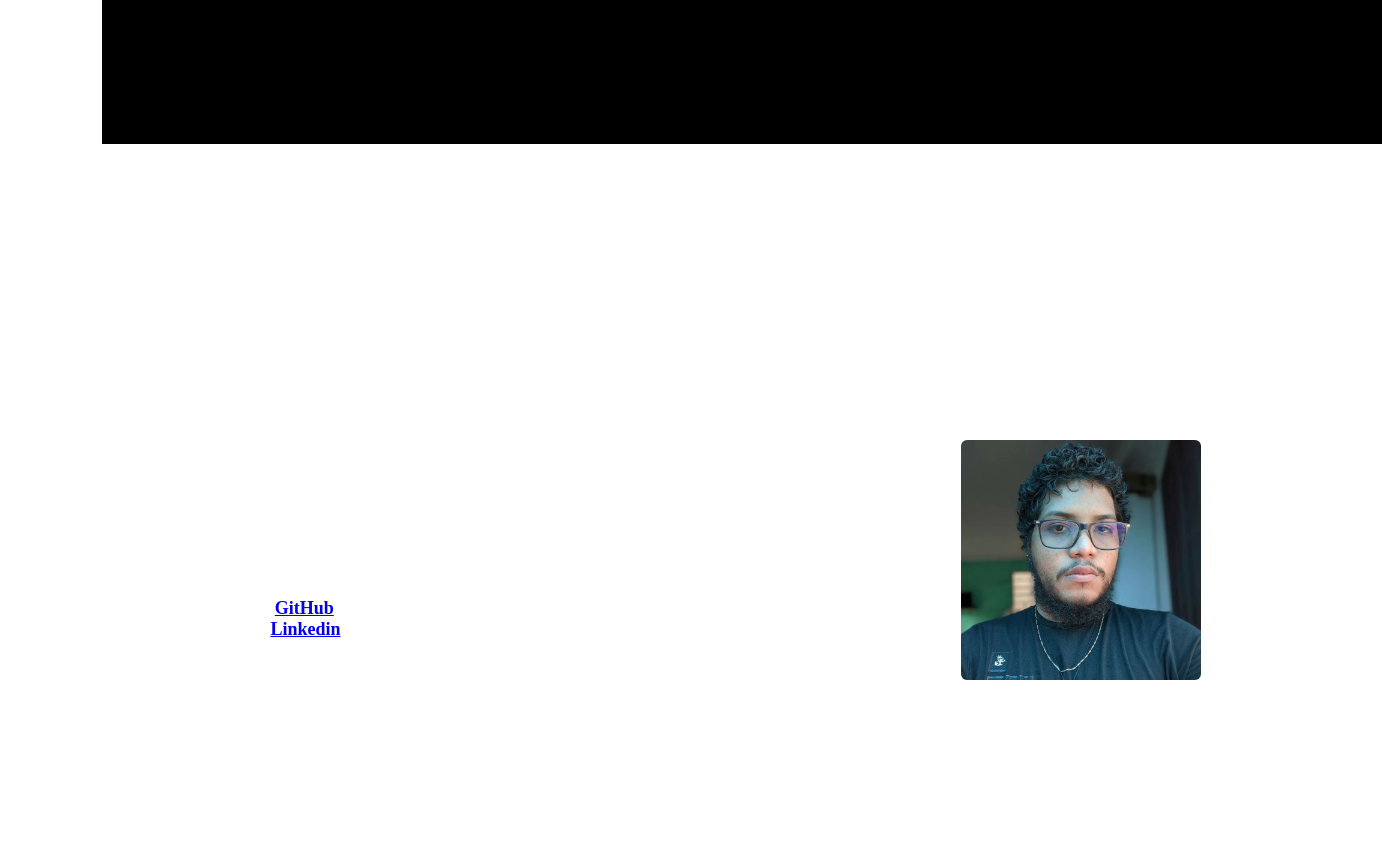
Repository: ramoncbarbosa/Web1_Atividade2
Page: index.html
These files come from the project's save history. The page is drawn as it stood at one moment and after a run of saves; the edit follows.
The browser window is 1280 px wide. The page is 1382 px wide, so the pictures cover 1382 px, including what lies to the right of the window. The pictures show the whole page.

Above is the page before, as saved 2023-06-09 14:06:02.

After the next 3 saves:
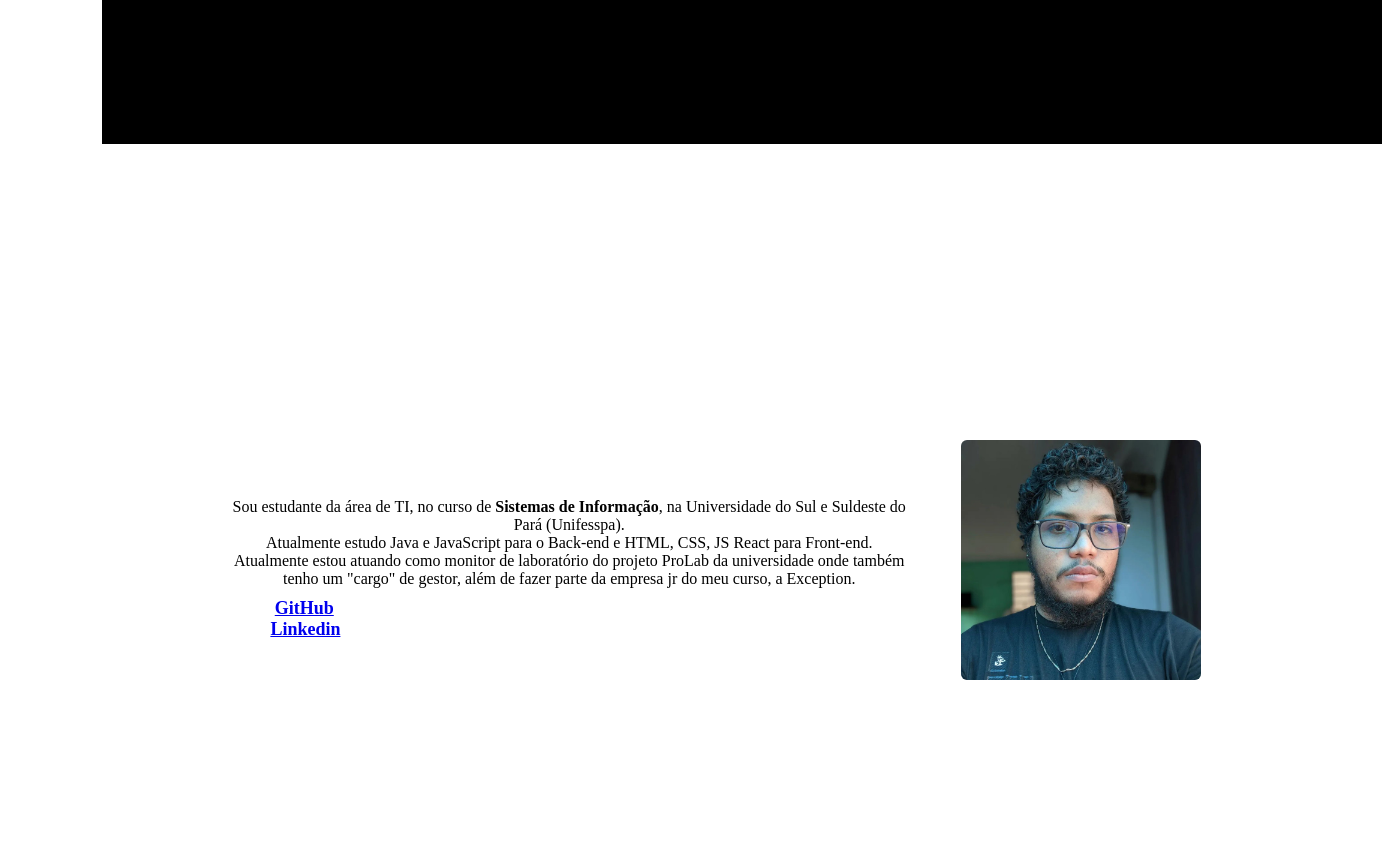
The 3 saves are shown as one change because they came seconds apart.
The last was saved 17 s later.
--- a/styles/styles.css
+++ b/styles/styles.css
@@ -44,6 +44,7 @@ body {
     justify-content: flex-start;
     align-items: center;
     text-align: center;
+    color: var(--cor-tres);
 
 }
 
